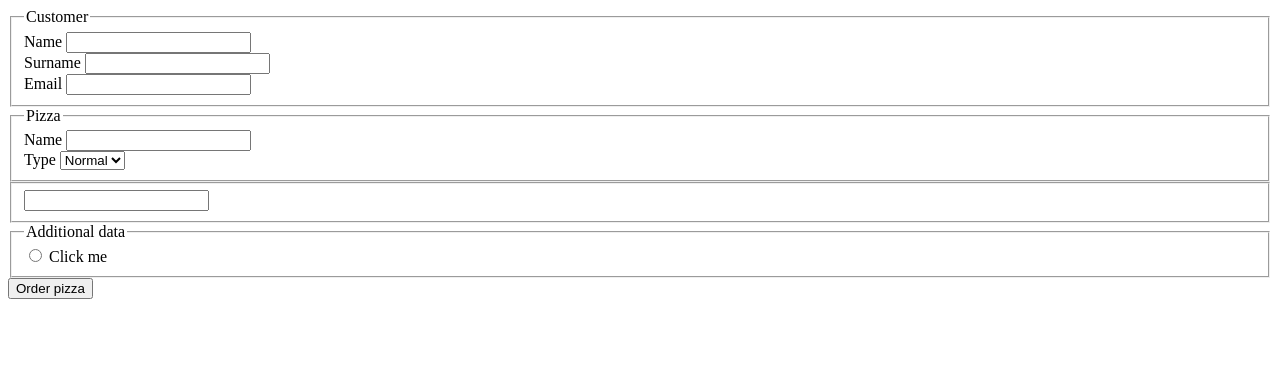
Repository: lukas77pro/html_css_js
Page: html/Test/WebContent/Formularz.html
These files come from the project's save history. The page is drawn as it stood at one moment and after a run of saves; the edit follows.
The browser window is 1280 px wide. The pictures show the whole page.

Above is the page before, as saved 2015-07-10 11:34:09.

### html/Test/WebContent/Formularz.html
<!DOCTYPE html>
<html>
<head>
<meta charset="UTF-8">
<title>Insert title here</title>
</head>

<body>


	<fieldset>
		<legend>Customer</legend>
		<div>
			<label for="inputName">Name</label> <input type="text"
				name="inputName">
		</div>
		<div>
			<label for="inputSurname">Surname</label> <input type="text"
				name="inputSurname">
		</div>
		<div>
			<label for="inputEmail">Email</label> <input type="text"
				name="inputEmail">
		</div>
	</fieldset>

	<fieldset>
		<legend>Pizza</legend>
		<div>
			<label for="inputName">Name</label> <input type="text"
				name="inputName">
		</div>
		<label for="inputName">Type</label> <select name="select">
			<option value="Small">Small</option>
			<option value="Normal" selected>Normal</option>
			<option value="Big">Big</option>
		</select>
	</fieldset>

	<fieldset>
		<input type="text" name="Date"">
	</fieldset>

	<fieldset>
		<legend>Additional data</legend>
		<input type="radio" name="radio" id="radio"> <label
			for="radio">Click me</label>
	</fieldset>
	<button name="button">Order pizza</button>
</body>
</html>

After the next 2 saves:
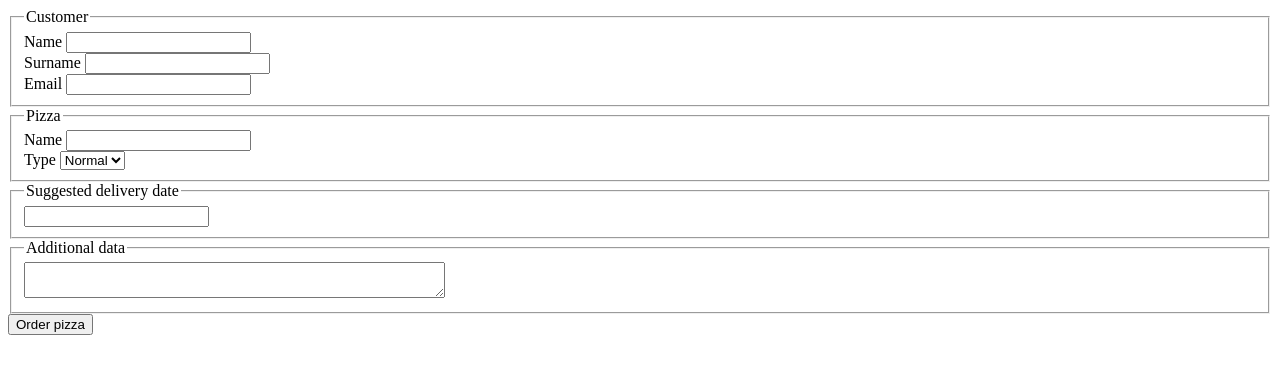
The 2 saves are shown as one change because they came seconds apart.
The last was saved 87 s later.
--- a/html/Test/WebContent/Formularz.html
+++ b/html/Test/WebContent/Formularz.html
@@ -38,13 +38,13 @@
 	</fieldset>
 
 	<fieldset>
+		<legend>Suggested delivery date</legend>
 		<input type="text" name="Date"">
 	</fieldset>
 
 	<fieldset>
 		<legend>Additional data</legend>
-		<input type="radio" name="radio" id="radio"> <label
-			for="radio">Click me</label>
+		<textarea name="textarea" rows="2" cols="50"></textarea>
 	</fieldset>
 	<button name="button">Order pizza</button>
 </body>
